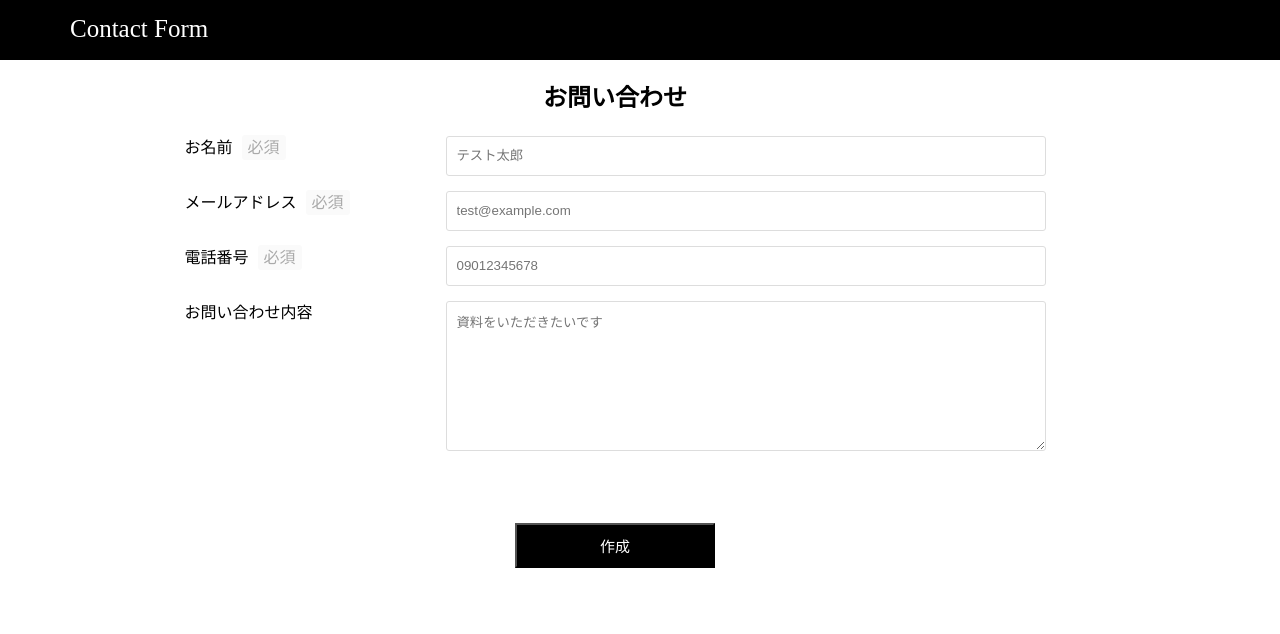
Repository: mayu-ya/my-contact-form
Page: http://localhost/
These files come from the project's save history. The page is drawn as it stood at one moment and after the next save; the edit follows.
The browser window is 1280 px wide. The pictures show the whole page.
The page is served by the project's Laravel application, run on PHP 8.4 with Laravel 8. Other server files are loaded and not shown.

Above is the page before, as saved 2026-01-02 13:52:53.

### src/routes/web.php
<?php

use Illuminate\Support\Facades\Route;
use App\Http\Controllers\ContactController;

/*
|--------------------------------------------------------------------------
| Web Routes
|--------------------------------------------------------------------------
|
| Here is where you can register web routes for your application. These
| routes are loaded by the RouteServiceProvider within a group which
| contains the "web" middleware group. Now create something great!
|
*/

Route::get('/', [ContactController::class,'index']);
Route::post('/contacts/confirm', [ContactController::class, 'confirm']);

### src/app/Http/Controllers/ContactController.php
<?php

namespace App\Http\Controllers;

use Illuminate\Http\Request;

class ContactController extends Controller
{
    public function index()
    {
        return view('index');
    }

    public function confirm(Request $request)
    {
        $contact = $request->only(['name', 'email', 'tel', 'text']);

        return view('confirm', compact('contact'));
    }
}

### src/resources/views/index.blade.php
@extends('layouts.app')

@section('css')
<link rel="stylesheet" href="{{ asset('css/index.css') }}">
@endsection

@section('content')
<div class="content">
    <div class="form-title">
        <h2 class="form-title-con">お問い合わせ</h2>
    </div>

    <form class="form" action="/contacts/confirm" method="post">
        @csrf
        <div class="form-content">
            <div class="form-content-name">
                <span class="form-content-name_na">お名前</span>
                <span class="form-content_re">必須</span>
            </div>
            <div class="form_create">
                <input type="text" name="name" placeholder="テスト太郎">
            </div>
        </div>
        <div class="form-content">
            <div class="form-content-email">
                <span class="form-content-email_em">メールアドレス</span>
                <span class="form-content_re">必須</span>
            </div>
            <div class="form_create">
                <input type="text" name="email" placeholder="test@example.com">
            </div>
        </div>
        <div class="form-content">
            <div class="form-content-tel">
                <span class="form-content-tel_te">電話番号</span>
                <span class="form-content_re">必須</span>
            </div>
            <div class="form_create">
                <input type="text" name="tel" placeholder="09012345678">
            </div>
        </div>
        <div class="form-content">
            <div class="form-content-text">
                <span class="content-text_co">お問い合わせ内容</span>
            </div>
            <div class="form-text_create">
                <textarea name="text" placeholder="資料をいただきたいです"></textarea>
            </div>

        </div>

        <div class="form-button">
            <button class="form-button_create">作成</button>
        </div>
    </form>
</div>
@endsection

### src/resources/views/layouts/app.blade.php
<!DOCTYPE html>
<html lang="ja">
<head>
    <meta charset="UTF-8">
    <meta name="viewport" content="width=device-width, initial-scale=1.0">
    <title>Contact Form</title>
    <link rel="stylesheet" href="{{ asset('css/sanitize.css') }}">
    <link rel="stylesheet" href="{{ asset('css/common.css') }}">
    @yield('css')
</head>
<body>
    <header class="header">
        <div class="header-title">
            <a href="/" class="header-logo">Contact Form</a>
        </div>
    </header>

    <main>
        @yield('content')
    </main>
</body>
</html>

### src/public/css/sanitize.css
/* Document
* ========================================================================== */

/**
* Add border box sizing in all browsers (opinionated).
*/

*,
::before,
::after {
  box-sizing: border-box;
}

/**
* 1. Add text decoration inheritance in all browsers (opinionated).
* 2. Add vertical alignment inheritance in all browsers (opinionated).
*/

::before,
::after {
  vertical-align: inherit;
  /* 2 */
  text-decoration: inherit;
  /* 1 */
}

/**
* 1. Use the default cursor in all browsers (opinionated).
* 2. Change the line height in all browsers (opinionated).
* 3. Use a 4-space tab width in all browsers (opinionated).
* 4. Remove the grey highlight on links in iOS (opinionated).
* 5. Prevent adjustments of font size after orientation changes in
*    IE on Windows Phone and in iOS.
* 6. Breaks words to prevent overflow in all browsers (opinionated).
*/

html {
  word-break: break-word;
  /* 6 */
  -moz-tab-size: 4;
  /* 3 */
  tab-size: 4;
  /* 3 */
  line-height: 1.5;
  /* 2 */
  cursor: default;
  /* 1 */

  -webkit-tap-highlight-color: transparent
    /* 4 */
  ;
  -ms-text-size-adjust: 100%;
  /* 5 */
  -webkit-text-size-adjust: 100%;
  /* 5 */
}

/* Sections
* ========================================================================== */

/**
* Remove the margin in all browsers (opinionated).
*/

body {
  margin: 0;
}

/**
* Correct the font size and margin on `h1` elements within `section` and
* `article` contexts in Chrome, Edge, Firefox, and Safari.
*/

h1 {
  margin: 0.67em 0;
  font-size: 2em;
}

/* Grouping content
* ========================================================================== */

/**
* Remove the margin on nested lists in Chrome, Edge, IE, and Safari.
*/

dl dl,
dl ol,
dl ul,
ol dl,
ul dl {
  margin: 0;
}

/**
* Remove the margin on nested lists in Edge 18- and IE.
*/

ol ol,
ol ul,
ul ol,
ul ul {
  margin: 0;
}

/**
* 1. Add the correct sizing in Firefox.
* 2. Show the overflow in Edge 18- and IE.
*/

hr {
  overflow: visible;
  /* 2 */
  height: 0;
  /* 1 */
}

/**
* Add the correct display in IE.
*/

main {
  display: block;
}

/**
* Remove the list style on navigation lists in all browsers (opinionated).
*/

nav ol,
nav ul {
  padding: 0;
  list-style: none;
}

/**
* 1. Correct the inheritance and scaling of font size in all browsers.
* 2. Correct the odd `em` font sizing in all browsers.
*/

pre {
  font-size: 1em;
  /* 2 */
  font-family: monospace, monospace;
  /* 1 */
}

/* Text-level semantics
* ========================================================================== */

/**
* Remove the gray background on active links in IE 10.
*/

a {
  background-color: transparent;
}

/**
* Add the correct text decoration in Edge 18-, IE, and Safari.
*/

abbr[title] {
  text-decoration: underline;
  text-decoration: underline dotted;
}

/**
* Add the correct font weight in Chrome, Edge, and Safari.
*/

b,
strong {
  font-weight: bolder;
}

/**
* 1. Correct the inheritance and scaling of font size in all browsers.
* 2. Correct the odd `em` font sizing in all browsers.
*/

code,
kbd,
samp {
  font-size: 1em;
  /* 2 */
  font-family: monospace, monospace;
  /* 1 */
}

/**
* Add the correct font size in all browsers.
*/

small {
  font-size: 80%;
}

/* Embedded content
* ========================================================================== */

/*
* Change the alignment on media elements in all browsers (opinionated).
*/

audio,
canvas,
iframe,
img,
svg,
video {
  vertical-align: middle;
}

/**
* Add the correct display in IE 9-.
*/

audio,
video {
  display: inline-block;
}

/**
* Add the correct display in iOS 4-7.
*/

audio:not([controls]) {
  display: none;
  height: 0;
}

/**
* Remove the border on iframes in all browsers (opinionated).
*/

iframe {
  border-style: none;
}

/**
* Remove the border on images within links in IE 10-.
*/

img {
  border-style: none;
}

/**
* Change the fill color to match the text color in all browsers (opinionated).
*/

svg:not([fill]) {
  fill: currentColor;
}

/**
* Hide the overflow in IE.
*/

svg:not(:root) {
  overflow: hidden;
}

/* Tabular data
* ========================================================================== */

/**
* Collapse border spacing in all browsers (opinionated).
*/

table {
  border-collapse: collapse;
}

/* Forms
* ========================================================================== */

/**
* Remove the margin on controls in Safari.
*/

button,
input,
select {
  margin: 0;
}

/**
* 1. Show the overflow in IE.
* 2. Remove the inheritance of text transform in Edge 18-, Firefox, and IE.
*/

button {
  overflow: visible;
  /* 1 */
  text-transform: none;
  /* 2 */
}

/**
* Correct the inability to style buttons in iOS and Safari.
*/

button,
[type="button"],
[type="reset"],
[type="submit"] {
  -webkit-appearance: button;
}

/**
* 1. Change the inconsistent appearance in all browsers (opinionated).
* 2. Correct the padding in Firefox.
*/

fieldset {
  padding: 0.35em 0.75em 0.625em;
  /* 2 */
  border: 1px solid #a0a0a0;
  /* 1 */
}

/**
* Show the overflow in Edge 18- and IE.
*/

input {
  overflow: visible;
}

/**
* 1. Correct the text wrapping in Edge 18- and IE.
* 2. Correct the color inheritance from `fieldset` elements in IE.
*/

legend {
  display: table;
  /* 1 */
  max-width: 100%;
  /* 1 */
  color: inherit;
  /* 2 */
  white-space: normal;
  /* 1 */
}

/**
* 1. Add the correct display in Edge 18- and IE.
* 2. Add the correct vertical alignment in Chrome, Edge, and Firefox.
*/

progress {
  display: inline-block;
  /* 1 */
  vertical-align: baseline;
  /* 2 */
}

/**
* Remove the inheritance of text transform in Firefox.
*/

select {
  text-transform: none;
}

/**
* 1. Remove the margin in Firefox and Safari.
* 2. Remove the default vertical scrollbar in IE.
* 3. Change the resize direction in all browsers (opinionated).
*/

textarea {
  overflow: auto;
  /* 2 */
  margin: 0;
  /* 1 */
  resize: vertical;
  /* 3 */
}

/**
* Remove the padding in IE 10-.
*/

[type="checkbox"],
[type="radio"] {
  padding: 0;
}

/**
* 1. Correct the odd appearance in Chrome, Edge, and Safari.
* 2. Correct the outline style in Safari.
*/

[type="search"] {
  outline-offset: -2px;
  /* 2 */

  -webkit-appearance: textfield;
  /* 1 */
}

/**
* Correct the cursor style of increment and decrement buttons in Safari.
*/

::-webkit-inner-spin-button,
::-webkit-outer-spin-button {
  height: auto;
}

/**
* Correct the text style of placeholders in Chrome, Edge, and Safari.
*/

::-webkit-input-placeholder {
  color: inherit;
  opacity: 0.54;
}

/**
* Remove the inner padding in Chrome, Edge, and Safari on macOS.
*/

::-webkit-search-decoration {
  -webkit-appearance: none;
}

/**
* 1. Correct the inability to style upload buttons in iOS and Safari.
* 2. Change font properties to `inherit` in Safari.
*/

::-webkit-file-upload-button {
  font: inherit;
  /* 2 */

  -webkit-appearance: button;
  /* 1 */
}

/**
* Remove the inner border and padding of focus outlines in Firefox.
*/

::-moz-focus-inner {
  padding: 0;
  border-style: none;
}

/**
* Restore the focus outline styles unset by the previous rule in Firefox.
*/

:-moz-focusring {
  outline: 1px dotted ButtonText;
}

/**
* Remove the additional :invalid styles in Firefox.
*/

:-moz-ui-invalid {
  box-shadow: none;
}

/* Interactive
* ========================================================================== */

/*
* Add the correct display in Edge 18- and IE.
*/

details {
  display: block;
}

/*
* Add the correct styles in Edge 18-, IE, and Safari.
*/

dialog {
  position: absolute;
  right: 0;
  left: 0;
  display: block;
  margin: auto;
  padding: 1em;
  width: -moz-fit-content;
  width: -webkit-fit-content;
  width: fit-content;
  height: -moz-fit-content;
  height: -webkit-fit-content;
  height: fit-content;
  border: solid;
  background-color: white;
  color: black;
}

dialog:not([open]) {
  display: none;
}

/*
* Add the correct display in all browsers.
*/

summary {
  display: list-item;
}

/* Scripting
* ========================================================================== */

/**
* Add the correct display in IE 9-.
*/

canvas {
  display: inline-block;
}

/**
* Add the correct display in IE.
*/

template {
  display: none;
}

/* User interaction
* ========================================================================== */

/*
* 1. Remove the tapping delay in IE 10.
* 2. Remove the tapping delay on clickable elements
in all browsers (opinionated).
*/

a,
area,
button,
input,
label,
select,
summary,
textarea,
[tabindex] {
  -ms-touch-action: manipulation;
  /* 1 */
  touch-action: manipulation;
  /* 2 */
}

/**
* Add the correct display in IE 10-.
*/

[hidden] {
  display: none;
}

/* Accessibility
* ========================================================================== */

/**
* Change the cursor on busy elements in all browsers (opinionated).
*/

[aria-busy="true"] {
  cursor: progress;
}

/*
* Change the cursor on control elements in all browsers (opinionated).
*/

[aria-controls] {
  cursor: pointer;
}

/*
* Change the cursor on disabled, not-editable, or otherwise
* inoperable elements in all browsers (opinionated).
*/

[aria-disabled="true"],
[disabled] {
  cursor: not-allowed;
}

/*
* Change the display on visually hidden accessible elements
* in all browsers (opinionated).
*/

[aria-hidden="false"][hidden] {
  display: initial;
}

[aria-hidden="false"][hidden]:not(:focus) {
  position: absolute;
  clip: rect(0, 0, 0, 0);
}

### src/public/css/common.css
.header {
    background: black;
    height: 60px;
}

.header-logo{
    display: block;
    color: white;
    font-size: 25px;
    padding-top: 10px;
    padding-left: 70px;
    text-decoration: none;
    cursor: pointer;
}

### src/public/css/index.css
.content {
   max-width: 1230px;
}

.form-title-con {
    text-align: center;
}

.form {
    margin: 0 auto;
    width: 70%;
    text-align: center;
}

.form-content {
    display: flex;
    justify-content: space-between;
    margin-bottom: 15px;
}

.form-content_re {
    margin-left: 5px;
    padding: 4px 6px;
    border-radius: 3px;
    background: #fafafa;
    color: #aaa;
}

.form_create input,
.form-text_create textarea {
  padding: 10px;
  width: 600px;
  border: 1px solid #ddd;
  border-radius: 3px;

  appearance: none;
}

.form_create input {
    height: 40px;
}

.form-text_create textarea {
    height: 150px;
}

.form-button {
    text-align: center;
    padding: 50px;
}

.form-button_create {
    color: white;
    background: black;
    font-size: 15px;
    width: 200px;
    height: 45px;
    cursor: pointer;
}

Loaded but not shown: src/app/Http/Controllers/Controller.php (common file)

After the next save:
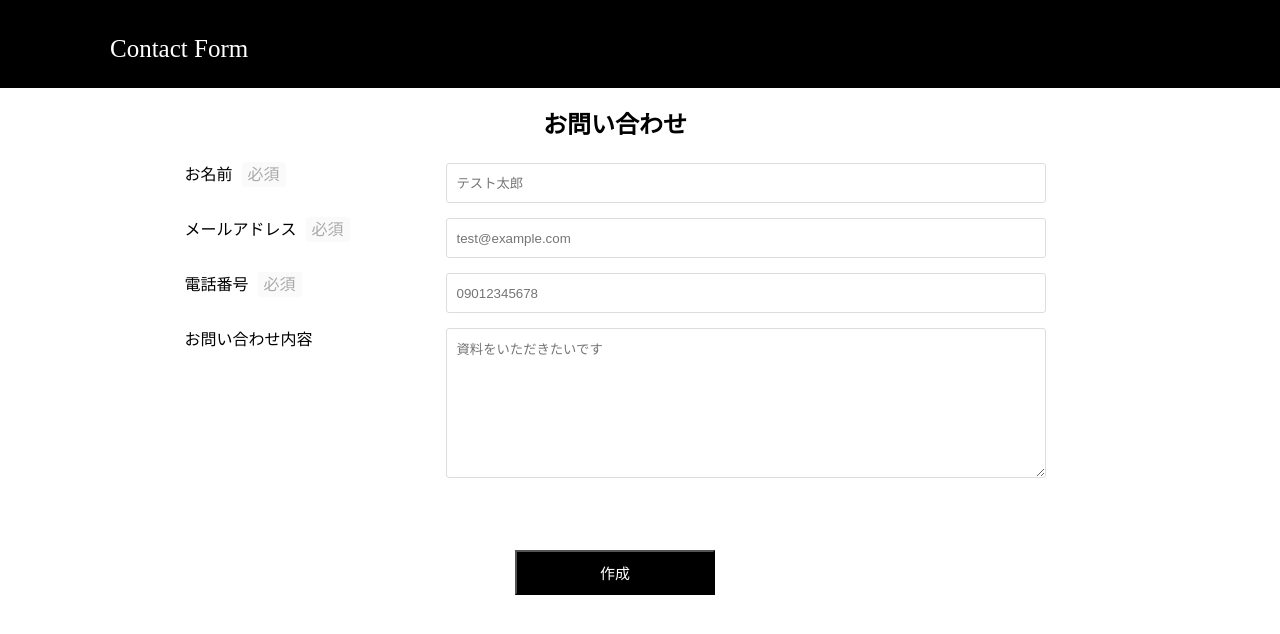
Saved 2 min 44 s later.
--- a/src/public/css/common.css
+++ b/src/public/css/common.css
@@ -1,6 +1,11 @@
 .header {
     background: black;
-    height: 60px;
+}
+
+.header-title {
+    margin: 0 auto;
+    padding: 20px 15px;
+    max-width: 1230px;
 }
 
 .header-logo{
